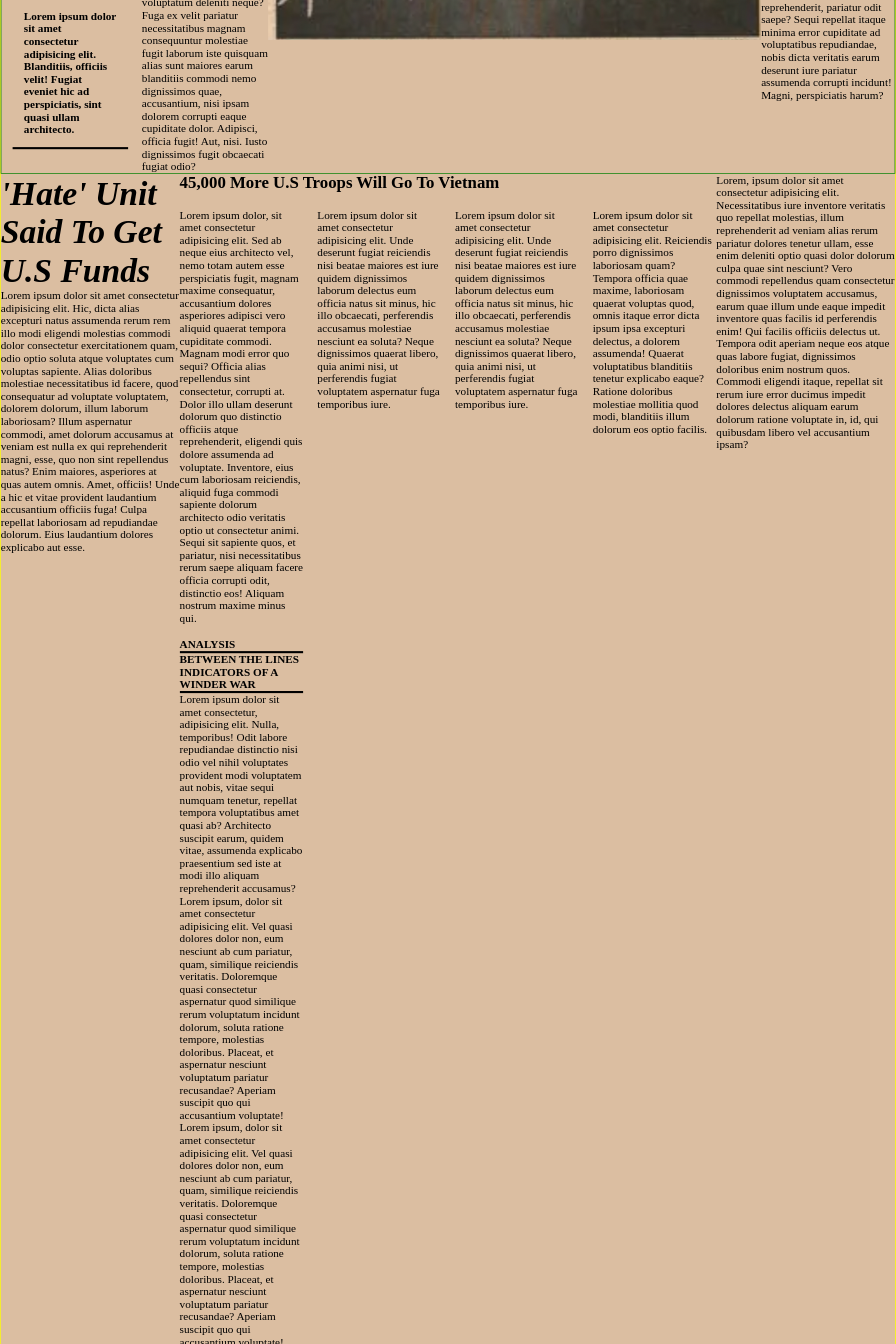
Repository: Arkitecth/newspaper-grid
Page: index.html
These files come from the project's save history. The page is drawn as it stood at one moment and after the next save; the edit follows.
The browser window is 1280 px wide. The pictures show the part of the page from y = 993 to 2913 px (the page is 2920 px tall before and 2722 px after), at 70% of full size.

Above is the page before, as saved 2023-05-29 20:27:14.

### index.html
<!DOCTYPE html>
<html lang="en">
<head>
    <meta charset="UTF-8">
    <meta http-equiv="X-UA-Compatible" content="IE=edge">
    <meta name="viewport" content="width=device-width, initial-scale=1.0">
    <link rel="stylesheet" href="styles.css">
    <title>News Paper</title>
</head>
<body>
    <header id="header">
        <div>
            <h1>New York Forum</h1>
        </div>
        <div class="aside">
            <h3>Final</h3>
            <p>Thursdsy August 3rd, 1987</p>

            <h3>Weather</h3>
            <p>Lorem ipsum dolor, sit amet consectetur adipisicing elit. Asperiores dolorum doloribus officia enim obcaecati culpa, quaerat magni laboriosam! Impedit nihil accusamus unde tenetur veniam repellendus mollitia sed modi voluptate doloremque!</p>
        </div>
        <div class="divider"></div>
        <div class="divider"></div>
    </header>
    <main>
        <h2>Johnson Asks 10% Income-Tax Surcharge</h2>
        <div class="main-grid">
            <div class="first-row">
                <div class="sub-grid">
                    <h3>Lindsay Prods Banks: Aid Stores in Slums</h3>
                    <div class="sub-row">
                        <div class="left">
                            <p>Lorem ipsum dolor sit amet, consectetur adipisicing elit. At libero autem dolor aspernatur nobis voluptatem quisquam eveniet, incidunt maxime eos velit aliquid, recusandae eum dicta vel! Nemo, sapiente similique. Commodi expedita quasi, illum dolore itaque, animi similique voluptate optio minima error magni repellat ipsa officiis doloremque in asperiores et suscipit.</p>
                            <br>
                            <p class="highlight">Lorem ipsum dolor sit amet consectetur adipisicing elit. Blanditiis, officiis velit! Fugiat eveniet hic ad perspiciatis, sint quasi ullam architecto.</p>
                        </div>
                        <div class="right">
                            <p>Lorem ipsum dolor sit amet consectetur adipisicing elit. Dolorum reiciendis veritatis odit, tenetur architecto deserunt illo commodi facere vero sunt! Ducimus facere mollitia nesciunt, eos ipsam velit consectetur deserunt tempore a! Consequatur ut possimus excepturi, amet accusamus, reprehenderit dignissimos deserunt illo enim quod ratione laboriosam magnam distinctio consequuntur asperiores debitis nisi corporis porro quisquam laudantium vel reiciendis voluptatum deleniti neque? Fuga ex velit pariatur necessitatibus magnam consequuntur molestiae fugit laborum iste quisquam alias sunt maiores earum blanditiis commodi nemo dignissimos quae, accusantium, nisi ipsam dolorem corrupti eaque cupiditate dolor. Adipisci, officia fugit! Aut, nisi. Iusto dignissimos fugit obcaecati fugiat odio?</p>
                        </div>
                    </div>

                </div>

                <div class="middle-content">
                    <img src="assets/teacher.png" alt="teacher teaching stuff">
                </div>

                <div class="right-content">
                    <p>Lorem ipsum dolor sit amet consectetur adipisicing elit. Quasi beatae deserunt illum inventore magni, officia sed fugiat quo non tempora eum consequuntur ex eius placeat blanditiis sunt enim! Ipsa enim commodi perspiciatis ipsum dolor nobis, laborum deserunt distinctio quam facilis aperiam ea animi dicta delectus magni minima esse reiciendis ipsam saepe fugit obcaecati blanditiis accusamus. Est cum quasi blanditiis odit iste ut culpa iusto incidunt excepturi laboriosam fuga a, omnis atque distinctio suscipit commodi minus ex ipsam. Nam rem dolorem voluptatem voluptas natus rerum delectus beatae numquam labore accusamus et incidunt repellat, porro placeat doloremque perspiciatis neque officia illo provident expedita amet fugit? Dignissimos libero facilis officia error maxime nulla unde eum sint, tempore, reprehenderit, pariatur odit saepe? Sequi repellat itaque minima error cupiditate ad voluptatibus repudiandae, nobis dicta veritatis earum deserunt iure pariatur assumenda corrupti incidunt! Magni, perspiciatis harum?</p>
                </div>
            </div>


            <div class="second-row">
                <div class="first">
                    <h3>'Hate' Unit Said to Get U.S Funds</h3>
                    <p>Lorem ipsum dolor sit amet consectetur adipisicing elit. Hic, dicta alias excepturi natus assumenda rerum rem illo modi eligendi molestias commodi dolor consectetur exercitationem quam, odio optio soluta atque voluptates cum voluptas sapiente. Alias doloribus molestiae necessitatibus id facere, quod consequatur ad voluptate voluptatem, dolorem dolorum, illum laborum laboriosam? Illum aspernatur commodi, amet dolorum accusamus at veniam est nulla ex qui reprehenderit magni, esse, quo non sint repellendus natus? Enim maiores, asperiores at quas autem omnis. Amet, officiis! Unde a hic et vitae provident laudantium accusantium officiis fuga! Culpa repellat laboriosam ad repudiandae dolorum. Eius laudantium dolores explicabo aut esse.</p>
                </div>
                <div class="middle">
                    <h3>45,000 More U.S Troops will go to vietnam</h3>
                    <div class="middle-grid">
                        <p>Lorem ipsum dolor, sit amet consectetur adipisicing elit. Sed ab neque eius architecto vel, nemo totam autem esse perspiciatis fugit, magnam maxime consequatur, accusantium dolores asperiores adipisci vero aliquid quaerat tempora cupiditate commodi. Magnam modi error quo sequi? Officia alias repellendus sint consectetur, corrupti at. Dolor illo ullam deserunt dolorum quo distinctio officiis atque reprehenderit, eligendi quis dolore assumenda ad voluptate. Inventore, eius cum laboriosam reiciendis, aliquid fuga commodi sapiente dolorum architecto odio veritatis optio ut consectetur animi. Sequi sit sapiente quos, et pariatur, nisi necessitatibus rerum saepe aliquam facere officia corrupti odit, distinctio eos! Aliquam nostrum maxime minus qui.</p>
                        <p>Lorem ipsum dolor sit amet consectetur adipisicing elit. Unde deserunt fugiat reiciendis nisi beatae maiores est iure quidem dignissimos laborum delectus eum officia natus sit minus, hic illo obcaecati, perferendis accusamus molestiae nesciunt ea soluta? Neque dignissimos quaerat libero, quia animi nisi, ut perferendis fugiat voluptatem aspernatur fuga temporibus iure.</p>
                        <p>Lorem ipsum dolor sit amet consectetur adipisicing elit. Unde deserunt fugiat reiciendis nisi beatae maiores est iure quidem dignissimos laborum delectus eum officia natus sit minus, hic illo obcaecati, perferendis accusamus molestiae nesciunt ea soluta? Neque dignissimos quaerat libero, quia animi nisi, ut perferendis fugiat voluptatem aspernatur fuga temporibus iure.</p>
                        <p>Lorem ipsum dolor sit amet consectetur adipisicing elit. Reiciendis porro dignissimos laboriosam quam? Tempora officia quae maxime, laboriosam quaerat voluptas quod, omnis itaque error dicta ipsum ipsa excepturi delectus, a dolorem assumenda! Quaerat voluptatibus blanditiis tenetur explicabo eaque? Ratione doloribus molestiae mollitia quod modi, blanditiis illum dolorum eos optio facilis.</p>

                        <div class="bottom-grid">
                            <h4>Analysis</h4>
                            <h4>Between the Lines Indicators of a Winder War</h4>
                            <p>Lorem ipsum dolor sit amet consectetur, adipisicing elit. Nulla, temporibus! Odit labore repudiandae distinctio nisi odio vel nihil voluptates provident modi voluptatem aut nobis, vitae sequi numquam tenetur, repellat tempora voluptatibus amet quasi ab? Architecto suscipit earum, quidem vitae, assumenda explicabo praesentium sed iste at modi illo aliquam reprehenderit accusamus?</p>
                            <p>Lorem ipsum, dolor sit amet consectetur adipisicing elit. Vel quasi dolores dolor non, eum nesciunt ab cum pariatur, quam, similique reiciendis veritatis. Doloremque quasi consectetur aspernatur quod similique rerum voluptatum incidunt dolorum, soluta ratione tempore, molestias doloribus. Placeat, et aspernatur nesciunt voluptatum pariatur recusandae? Aperiam suscipit quo qui accusantium voluptate!</p>
                            <p>Lorem ipsum, dolor sit amet consectetur adipisicing elit. Vel quasi dolores dolor non, eum nesciunt ab cum pariatur, quam, similique reiciendis veritatis. Doloremque quasi consectetur aspernatur quod similique rerum voluptatum incidunt dolorum, soluta ratione tempore, molestias doloribus. Placeat, et aspernatur nesciunt voluptatum pariatur recusandae? Aperiam suscipit quo qui accusantium voluptate!</p>
                        </div>

                    </div>

                </div>
                <div class="last">
                    <p>Lorem, ipsum dolor sit amet consectetur adipisicing elit. Necessitatibus iure inventore veritatis quo repellat molestias, illum reprehenderit ad veniam alias rerum pariatur dolores tenetur ullam, esse enim deleniti optio quasi dolor dolorum culpa quae sint nesciunt? Vero commodi repellendus quam consectetur dignissimos voluptatem accusamus, earum quae illum unde eaque impedit inventore quas facilis id perferendis enim! Qui facilis officiis delectus ut. Tempora odit aperiam neque eos atque quas labore fugiat, dignissimos doloribus enim nostrum quos. Commodi eligendi itaque, repellat sit rerum iure error ducimus impedit dolores delectus aliquam earum dolorum ratione voluptate in, id, qui quibusdam libero vel accusantium ipsam?</p>
                </div>
            </div>

            <div class="third-row">
            </div>




        </div>
    </main>

</body>
</html>

### styles.css
* {
    padding: 0;
    margin: 0;
}

body {
    background-color: #dbbea1;
    max-width: 1500px;
}

h1,h3 {
    text-transform: uppercase;
}
#header {
    padding: 3.125rem;
    display: grid;
    grid-template-columns: 2fr 1fr;
}


/* Header */
#header h1 {
    text-align: center;
    font-size: 3rem;
}

h2 {
    text-align: center;
    width: 100%;
    font-size: 4.2rem;
}

.aside {
    border-left: 4px solid black;
    padding-left: 30px;
}

.aside p {
    padding-top: 0.5rem;
    margin-bottom: 2rem;
}

.divider {
    border: 2px solid black;
    width: 100%;
}

.main-grid{
    display: grid;
    grid-template-rows: auto auto auto;
    padding-top: 20px;
    border: 1px solid yellow

}

/* First Row */
.first-row {
    display: grid;
    grid-template-columns: 2fr 3fr 1fr;
    border: 1px solid green;
}



.sub-grid {
    display: grid;
    grid-template-rows: auto;
    gap: 20px;
}

.sub-row {
    display: grid;
    grid-template-columns: 1fr 1fr;
    gap: 20px;
}

.sub-grid  h3 {
    font-size: 3rem;
    font-style: italic;
    border-top: 3px solid black;
    padding-bottom: 1.5rem;
    padding-top: 1rem;
    text-transform: capitalize;

}
.left{
    padding-left: 1rem;
}

.highlight {
    font-weight: bold;
    border-top: 3px solid black;
    padding: 1rem;
    border-bottom: 3px solid black;
}


/* Second Row */
.second-row {
    display: grid;
    grid-template-columns: 1fr 3fr 1fr;
}


.first h3 {
    font-size: 3rem;
    font-style: italic;
    text-transform: capitalize;
}

.middle {
    display: grid;
    grid-template-rows: 50px;
}

.middle-grid {
    display: grid;
    grid-template-columns: 1fr 1fr 1fr 1fr;
    gap: 20px;
}

.middle h3 {
    font-size: 1.5rem;
    text-transform: capitalize;
}

.bottom-grid h4 {
    text-transform: uppercase;
    border-bottom: 3px solid black;
}

After the next save:
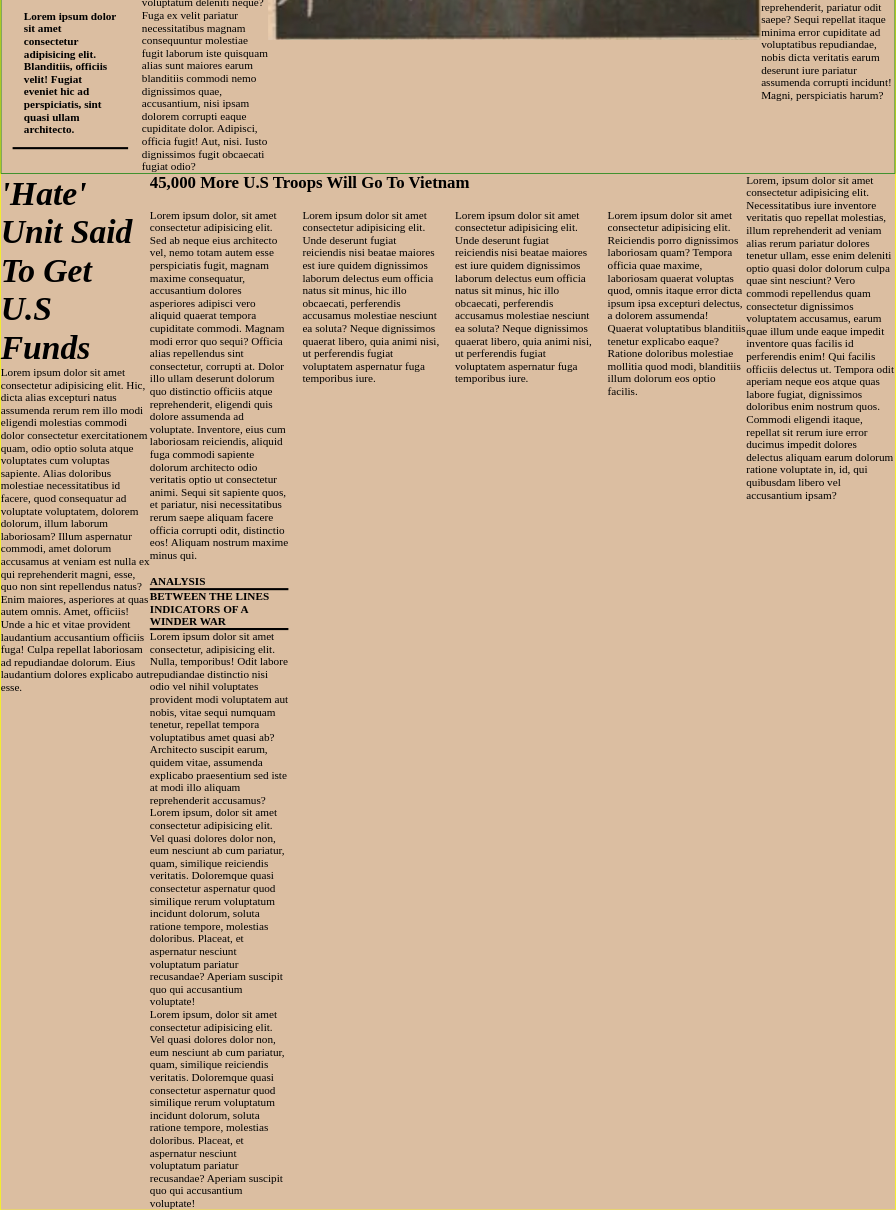
Saved 17 s later.
--- a/styles.css
+++ b/styles.css
@@ -98,7 +98,7 @@
 /* Second Row */
 .second-row {
     display: grid;
-    grid-template-columns: 1fr 3fr 1fr;
+    grid-template-columns: 1fr 4fr 1fr;
 }
 
 
